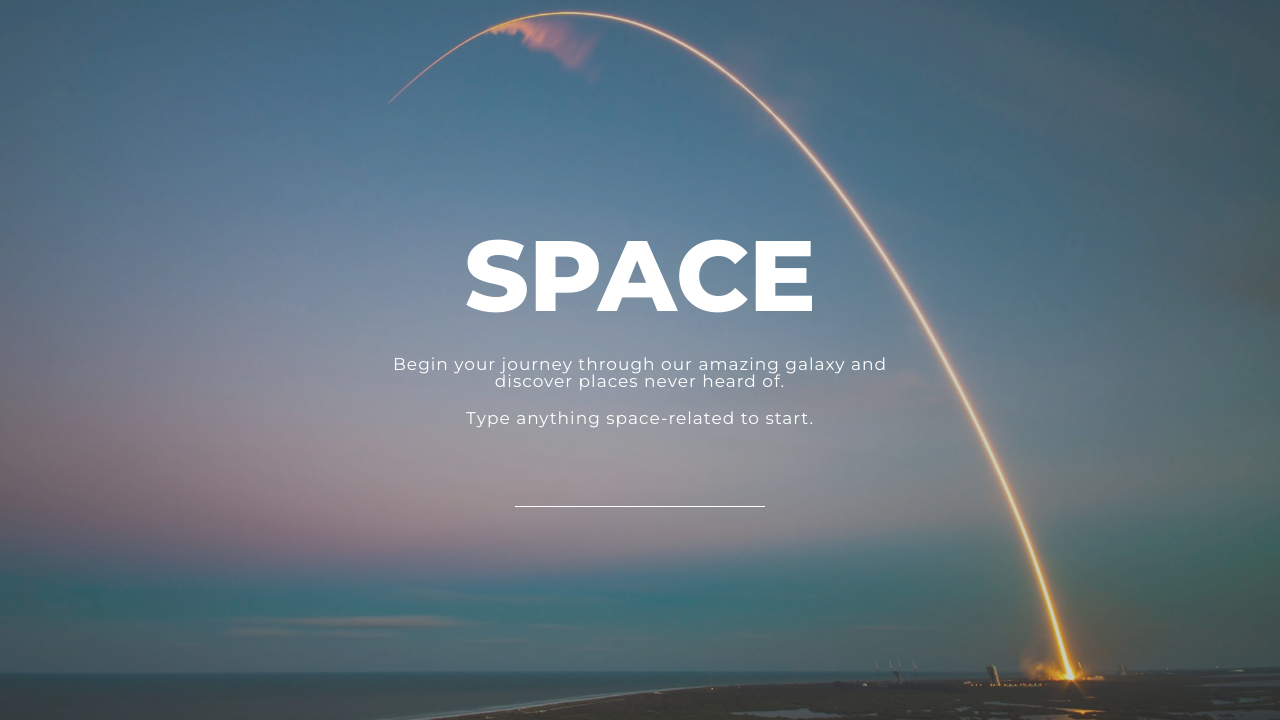
Repository: pmor80/spacer
Page: /
The author's editor kept a copy of each file at every save. The page is drawn from the files as they stood at one save, then again after the next save.
The browser window is 1280 px wide. The pictures show the whole page.
The project was rebuilt for these pictures with package versions that can differ from the ones it lists, and the page was loaded fresh each time.

Above is the page before, as saved 2019-07-03 13:08:10.

### public/index.html
<!DOCTYPE html>
<html lang="en">
  <head>
    <meta charset="utf-8">
    <meta http-equiv="X-UA-Compatible" content="IE=edge">
    <meta name="viewport" content="width=device-width,initial-scale=1.0">
    <link rel="icon" href="<%= BASE_URL %>favicon.ico">
    <title>spacer</title>
  </head>
  <body>
    <noscript>
      <strong>We're sorry but spacer doesn't work properly without JavaScript enabled. Please enable it to continue.</strong>
    </noscript>
    <div id="app"></div>
    <!-- built files will be auto injected -->
  </body>
</html>

### src/main.js
import Vue from 'vue';
import App from './App.vue';

Vue.config.productionTip = false;

new Vue({
  render: h => h(App),
}).$mount('#app');

### src/App.vue

<template>
  <div :class="[{flexStart: step === 1 }, 'wrapper']">
    <HeroImage v-if="step === 0" />
    <Claim v-if="step === 0" />
    <SearchInput v-model="searchValue" @input="handleInput" :dark="step === 1" />
  </div>
</template>

<script>
import axios from "axios";
import debounce from "lodash.debounce";
import Claim from "@/components/Claim.vue";
import SearchInput from "@/components/SearchInput.vue";
import HeroImage from "@/components/HeroImage.vue";

const API = "https://images-api.nasa.gov/search";

export default {
  name: "App",
  components: {
    HeroImage,
    Claim,
    SearchInput
  },
  data() {
    return {
      loading: false,
      step: 0,
      searchValue: "",
      results: []
    };
  },
  methods: {
    // eslint-disable-next-line
    handleInput: debounce(function() {
      this.loading = true;
      console.log(this.searchValue);
      axios
        .get(`${API}?q=${this.searchValue}&media_type=image`)
        .then(response => {
          this.results = response.data.collection.items;
          this.loading = false;
          this.step = 1;
        })
        .catch(error => {
          console.log(error);
        });
    }, 500)
  }
};
</script>

<style lang="scss">
@import url("https://fonts.googleapis.com/css?family=Montserrat:300,400,600,800");

* {
  box-sizing: border-box;
  -webkit-font-smoothing: antialiased;
  -moz-osx-font-smoothing: grayscale;
}

body {
  font-family: "Montserrat", sans-serif;
  margin: 0;
  padding: 0;
}

.wrapper {
  margin: 0;
  padding: 30px;
  width: 100%;
  min-height: 100vh;
  display: flex;
  flex-direction: column;
  align-items: center;
  justify-content: center;

  &.flexStart {
    justify-content: flex-start;
  }
}
</style>

### src/components/Claim.vue
<template>
  <div class="claimWrapper">
    <h1 class="claim">SPACE</h1>
    <p
      class="subclaim"
    >Begin your journey through our amazing galaxy and discover places never heard of.</p>
    <p class="subclaim">Type anything space-related to start.</p>
  </div>
</template>

<script>
export default {
  name: "Claim"
};
</script>

<style lang="scss" scoped>
.claimWrapper {
  display: flex;
  flex-direction: column;
  justify-content: center;
  align-items: center;
  text-align: center;
  color: #fff;
}
.claim {
  font-size: 50px;
  margin: 0;

  @media (min-width: 768px) {
    font-size: 80px;
  }

  @media (min-width: 1024px) {
    font-size: 100px;
  }
}

.subclaim {
  margin: 20px 0 0 0;
  font-size: 13px;

  font-weight: 400;

  @media (min-width: 768px) {
    font-size: 17px;
    width: 500px;
    line-height: 1;
    letter-spacing: 1px;
  }
}
</style>

### src/components/SearchInput.vue
<template>
  <input id="search" name="search" :class="{dark}" :value="value" @input="handleChange" />
</template>

<script>
export default {
  name: "SearchInput",
  props: {
    value: {
      type: String,
      required: true
    },
    dark: {
      type: Boolean,
      default: false
    }
  },
  methods: {
    handleChange(e) {
      this.$emit("input", e.target.value);
    }
  }
};
</script>

<style lang="scss" scoped>
input {
  margin: 50px 0 0 0;
  display: flex;
  flex-direction: column;
  width: 250px;
  color: #fff;
  text-align: center;
  font-size: 18px;
  font-weight: 300;
  height: 30px;
  border: 0;
  background: none;
  border-bottom: 1px solid #fff;
  transition: box-shadow 0.3s ease-out;

  @media (min-width: 1024px) {
    font-weight: 400;
  }
}
input:focus {
  outline: none;
  box-shadow: 0 10px 20px -8px rgba(255, 255, 255, 0.3);
}

.dark {
  color: #1e3d4a;
  border-bottom-color: #1e3d4a;
}

.dark:focus {
  outline: none;
  box-shadow: 0 10px 20px -8px rgba(#1e3d4a, 0.2);
}
</style>

### src/components/HeroImage.vue
<template>
  <div class="heroImage"></div>
</template>

<script>
export default {
  name: "HeroImage"
};
</script>

<style lang="scss" scoped>
.heroImage {
  width: 100%;
  height: 100vh;
  position: fixed;
  top: 0;
  z-index: -1;
  justify-content: center;
  background-image: url("../assets/heroimage.jpg");
  background-repeat: no-repeat;
  background-size: cover;
  background-position: 80% 0%;
}
.heroImage::after {
  content: "";
  background: rgba(0, 0, 0, 0.2);
  position: absolute;
  top: 0;
  left: 0;
  z-index: 1;
  width: 100%;
  height: 100vh;
}
</style>

After the next save:
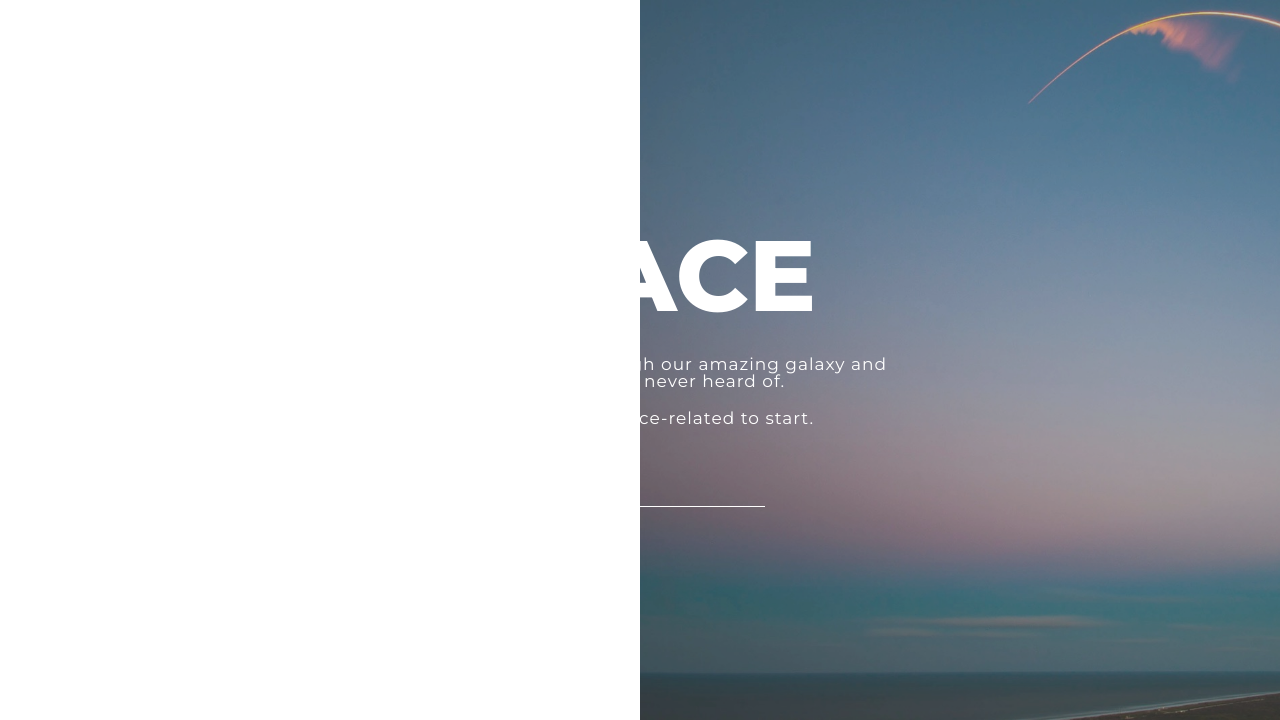
Saved 63 min 49 s later.
--- a/src/App.vue
+++ b/src/App.vue
@@ -1,7 +1,9 @@
 
 <template>
   <div :class="[{flexStart: step === 1 }, 'wrapper']">
-    <HeroImage v-if="step === 0" />
+    <transitio>
+      <HeroImage v-if="step === 0" />
+    </transitio>
     <Claim v-if="step === 0" />
     <SearchInput v-model="searchValue" @input="handleInput" :dark="step === 1" />
   </div>

After the save that followed:
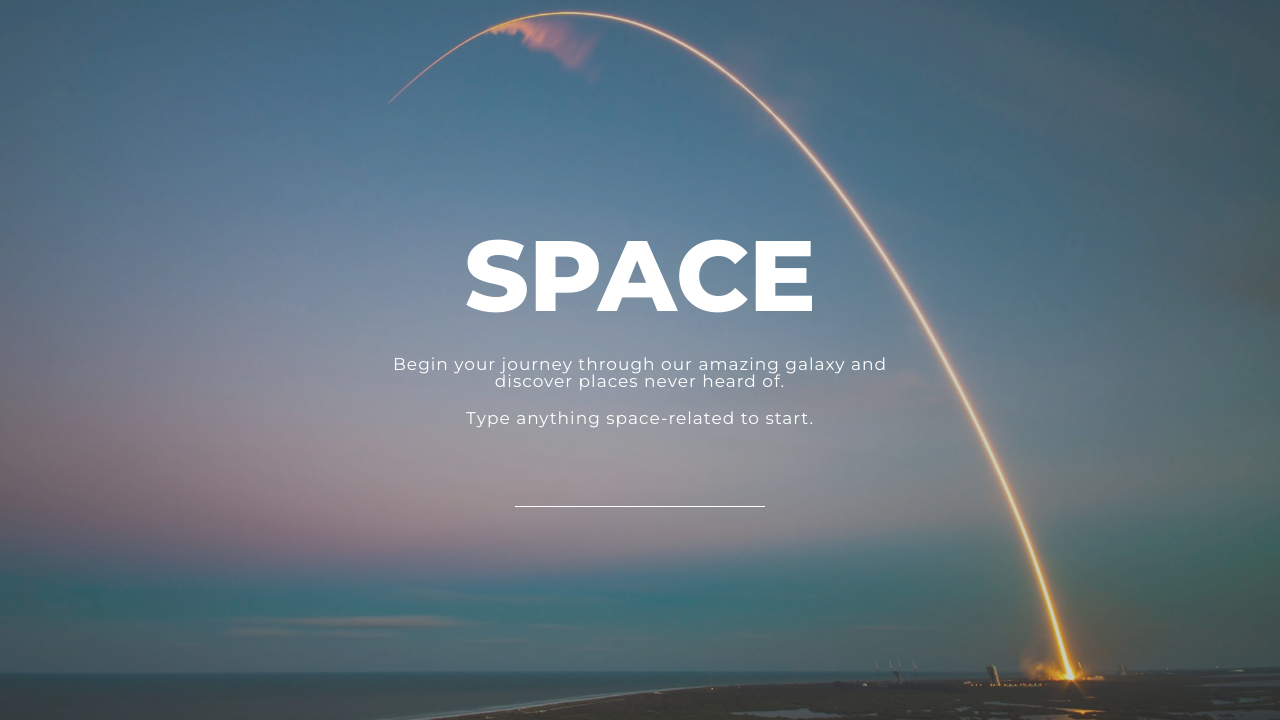
Saved 19 s later.
--- a/src/App.vue
+++ b/src/App.vue
@@ -1,9 +1,9 @@
 
 <template>
   <div :class="[{flexStart: step === 1 }, 'wrapper']">
-    <transitio>
+    <transition name="fade">
       <HeroImage v-if="step === 0" />
-    </transitio>
+    </transition>
     <Claim v-if="step === 0" />
     <SearchInput v-model="searchValue" @input="handleInput" :dark="step === 1" />
   </div>
